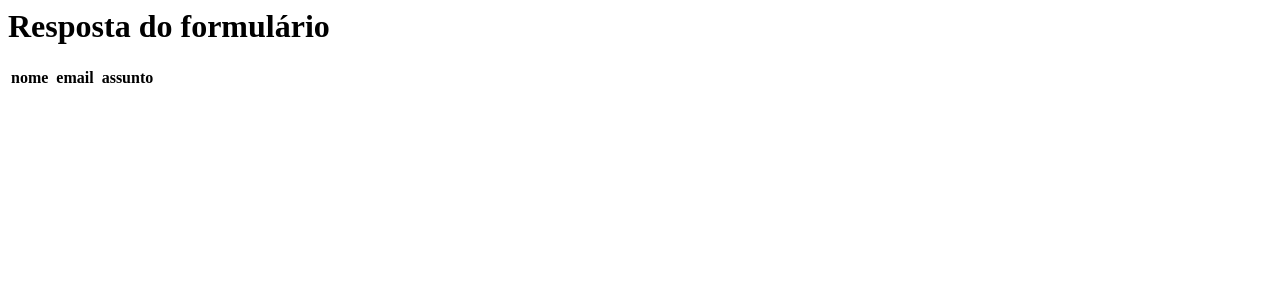
Repository: BrunoCesarAngst/poo
Page: aula04/views/formRsp.html
The author's editor kept a copy of each file at every save. The page is drawn from the files as they stood at one save, then again after the next save.
The browser window is 1280 px wide. The pictures show the whole page.

Above is the page before, as saved 2020-08-22 20:34:50.

### aula04/views/formRsp.html
<h1>Resposta do formulário</h1>

<div class="table-responsive-md">
  <table class="table-dark table-striped">
    <thead>
      <tr>
        <th scope="col">nome</th>
        <th></th>
        <th scope="col">email</th>
        <th></th>
        <th scope="col">assunto</th>
      </tr>
    </thead>

    <tbody>
      <tr>
        <td id="name"></td>
        <td></td>
        <td id="email"></td>
        <td id="subject"></td>
      </tr>
    </tbody>
  </table>
</div>

After the next save:
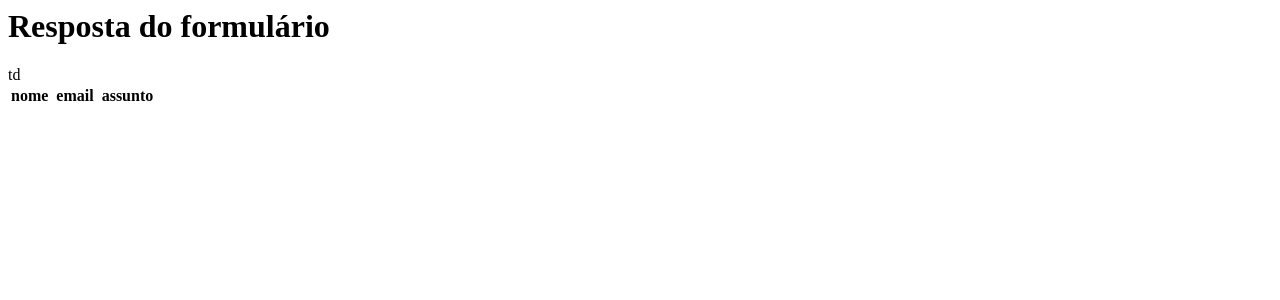
Saved 4 s later.
--- a/aula04/views/formRsp.html
+++ b/aula04/views/formRsp.html
@@ -17,6 +17,7 @@
         <td id="name"></td>
         <td></td>
         <td id="email"></td>
+        td
         <td id="subject"></td>
       </tr>
     </tbody>

After the save that followed:
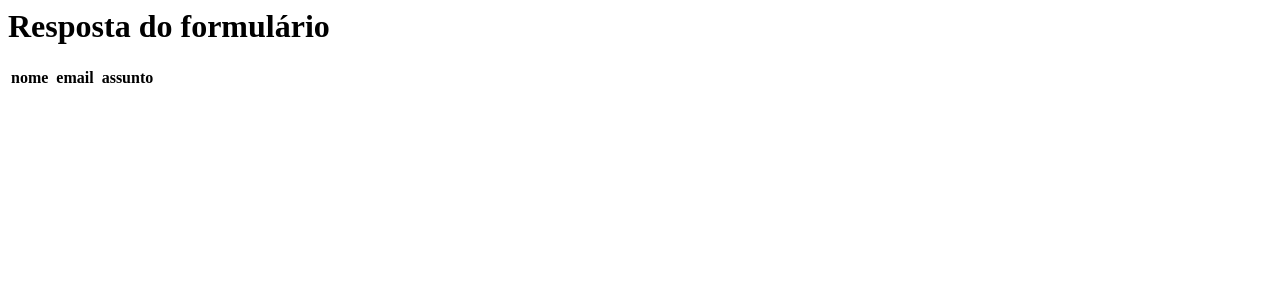
Saved 2 s later.
--- a/aula04/views/formRsp.html
+++ b/aula04/views/formRsp.html
@@ -17,7 +17,7 @@
         <td id="name"></td>
         <td></td>
         <td id="email"></td>
-        td
+        <td></td>
         <td id="subject"></td>
       </tr>
     </tbody>
